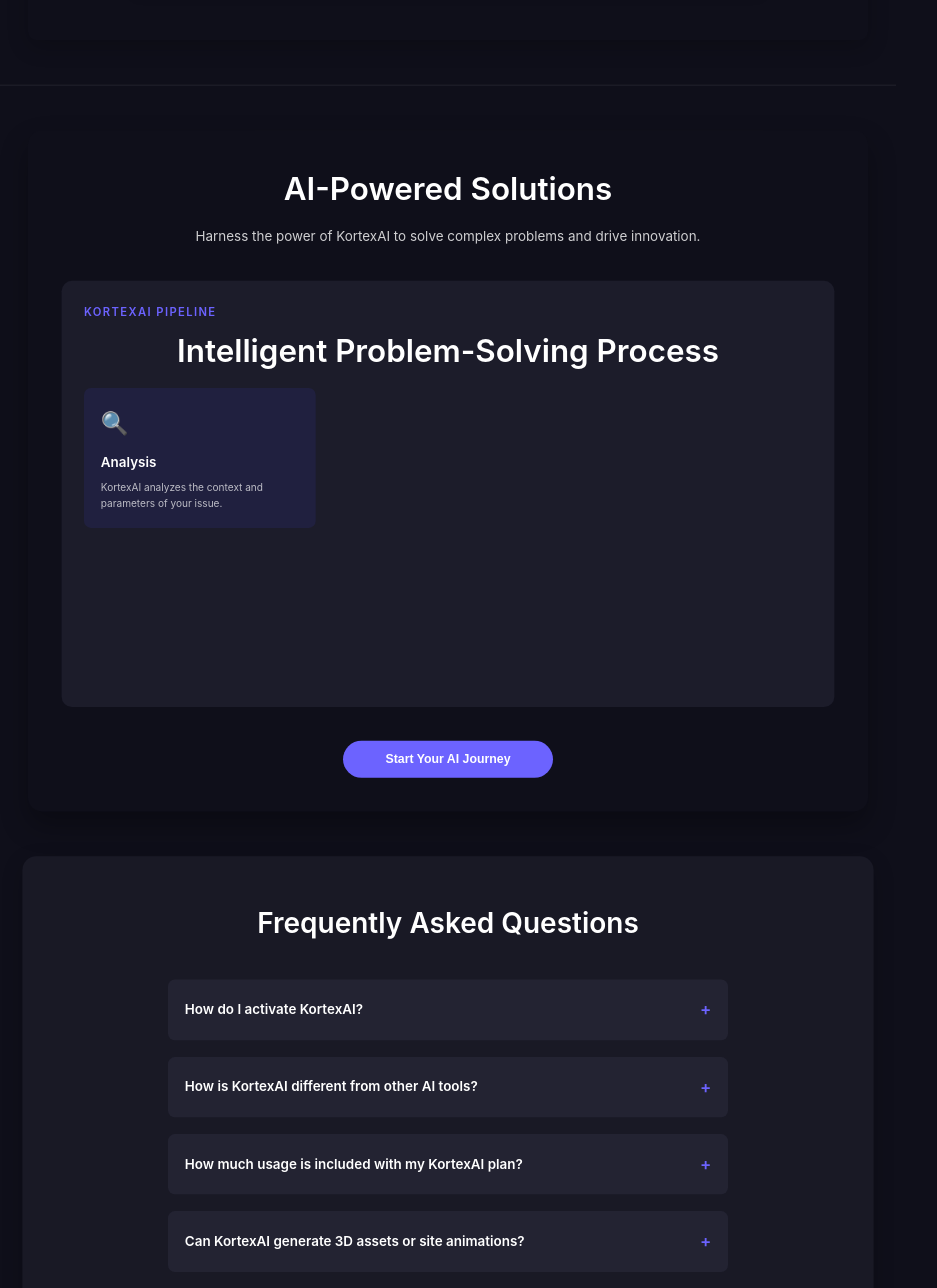
Repository: Rayyy-dev/Kortex-AI
Page: /
An editor plug-in stored every save of this project. The page is shown before and after the next save, followed by the edit.
The browser window is 1280 px wide. The page is 1338 px wide, so the pictures cover 1338 px, including what lies to the right of the window. The pictures show the part of the page from y = 1283 to 3123 px (the page is 3721 px tall before and 3522 px after), at 70% of full size.
The project was rebuilt for these pictures with package versions that can differ from the ones it lists, and the page was loaded fresh each time.

Above is the page before, as saved 2024-10-15 21:24:31.

### src/App.js
import React, { useEffect, useRef, useState } from 'react';
import { LineChart, Line, XAxis, YAxis, Tooltip, ResponsiveContainer, CartesianGrid, AreaChart, Area, LabelList } from 'recharts';
import './App.css';

function FAQItem({ question, answer }) {
  const [isActive, setIsActive] = useState(false);

  return (
    <div className={`faq-item ${isActive ? 'active' : ''}`} onClick={() => setIsActive(!isActive)}>
      <h3>{question}<span className="faq-toggle">{isActive ? '-' : '+'}</span></h3>
      <div className="faq-answer">
        <p>{answer}</p>
      </div>
    </div>
  );
}

function App() {
  const [isModalOpen, setIsModalOpen] = useState(false);
  const backgroundRef = useRef(null);
  const mainSectionRef = useRef(null);
  const parallaxRef = useRef(null);
  const [activeStep, setActiveStep] = useState(0);
  const [generatingProgress, setGeneratingProgress] = useState(0);
  const [showBackToTop, setShowBackToTop] = useState(false);
  const aiPipelineRef = useRef(null);
  const [menuOpen, setMenuOpen] = useState(false);

  const toggleMenu = () => {
    setMenuOpen(!menuOpen);
  };

  useEffect(() => {
    const background = backgroundRef.current;
    if (!background) return;

    const createParticle = () => {
      const particle = document.createElement('div');
      particle.classList.add('particle');
      particle.style.left = `${Math.random() * 100}%`;
      particle.style.top = `${Math.random() * 100}%`;
      particle.style.animationDuration = `${Math.random() * 10 + 5}s`;
      background.appendChild(particle);

      setTimeout(() => {
        particle.remove();
      }, 15000);
    };

    // Create initial particles
    for (let i = 0; i < 30; i++) {
      createParticle();
    }

    const particleInterval = setInterval(createParticle, 500);

    return () => {
      clearInterval(particleInterval);
    };
  }, []);

  useEffect(() => {
    const handleScroll = () => {
      setShowBackToTop(window.scrollY > 300);
    };

    window.addEventListener('scroll', handleScroll);
    return () => window.removeEventListener('scroll', handleScroll);
  }, []);

  useEffect(() => {
    const interval = setInterval(() => {
      setGeneratingProgress((prevProgress) => {
        if (prevProgress >= 100) {
          clearInterval(interval);
          return 100;
        }
        return prevProgress + 1;
      });
    }, 50);

    return () => clearInterval(interval);
  }, []);

  useEffect(() => {
    const options = {
      root: null,
      rootMargin: '0px',
      threshold: 0.5,
    };

    const observer = new IntersectionObserver((entries) => {
      entries.forEach((entry) => {
        if (entry.isIntersecting) {
          setActiveStep(0);
          const interval = setInterval(() => {
            setActiveStep((prevStep) => {
              if (prevStep >= 2) {
                clearInterval(interval);
                return 2;
              }
              return prevStep + 1;
            });
          }, 2000);

          return () => clearInterval(interval);
        }
      });
    }, options);

    if (aiPipelineRef.current) {
      observer.observe(aiPipelineRef.current);
    }

    return () => {
      if (aiPipelineRef.current) {
        observer.unobserve(aiPipelineRef.current);
      }
    };
  }, []);

  useEffect(() => {
    const observer = new IntersectionObserver((entries) => {
      entries.forEach((entry) => {
        if (entry.isIntersecting) {
          entry.target.classList.add('visible');
        }
      });
    }, { threshold: 0.1 });

    document.querySelectorAll('.fade-in').forEach((el) => observer.observe(el));

    return () => observer.disconnect();
  }, []);

  const performanceData = [
    { name: 'Accuracy', value: 70 },
    { name: 'Speed', value: 85 },
    { name: 'Efficiency', value: 60 },
    { name: 'Reliability', value: 90 }
  ];

  const CustomTooltip = ({ active, payload, label }) => {
    if (active && payload && payload.length) {
      return (
        <div className="custom-tooltip">
          <p className="label">{`${label}: ${payload[0].value}%`}</p>
        </div>
      );
    }
    return null;
  };

  const openModal = () => {
    setIsModalOpen(true);
  };

  const closeModal = () => {
    setIsModalOpen(false);
  };

  const faqData = [
    {
      question: "How do I activate KortexAI?",
      answer: "To activate KortexAI, simply log into your account and navigate to the 'AI Systems' section. Click on the 'Activate' button next to KortexAI, and follow the on-screen instructions to set up and customize your AI experience."
    },
    {
      question: "How is KortexAI different from other AI tools?",
      answer: "KortexAI stands out with its advanced neural network architecture, real-time learning capabilities, and seamless integration across multiple platforms. Our AI offers unparalleled accuracy and efficiency in data analysis, natural language processing, and predictive modeling."
    },
    {
      question: "How much usage is included with my KortexAI plan?",
      answer: "Usage limits vary depending on your subscription tier. Our basic plan includes up to 100 hours of AI processing time per month, while our premium plans offer unlimited usage. Check your account dashboard for detailed information on your current plan and usage statistics."
    },
    {
      question: "Can KortexAI generate 3D assets or site animations?",
      answer: "Yes, KortexAI has advanced capabilities in generating 3D assets and creating dynamic site animations. Our AI can produce high-quality 3D models, textures, and animations based on text descriptions or 2D references. For web animations, KortexAI can generate custom CSS and JavaScript code to bring your site to life."
    }
  ];

  const scrollToTop = () => {
    window.scrollTo({
      top: 0,
      behavior: 'smooth'
    });
  };

  const scrollToSection = (sectionId) => {
    const section = document.querySelector(sectionId);
    if (section) {
      section.scrollIntoView({ behavior: 'smooth' });
    }
  };

  return (
    <div className="App">
      <header className="header">
        <div className="logo">KortexAI</div>
        <nav className={`nav ${menuOpen ? 'active' : ''}`}>
          <ul>
            {['home', 'ai-systems', 'modules', 'features', 'pricing', 'faq'].map((item) => (
              <li key={item}>
                <a href={`#${item}`} onClick={(e) => {
                  e.preventDefault();
                  scrollToSection(`#${item}`);
                  setMenuOpen(false);
                }}>
                  {item.charAt(0).toUpperCase() + item.slice(1).replace('-', ' ')}
                </a>
              </li>
            ))}
          </ul>
        </nav>
        <button className="create-account-btn">Create Account</button>
        <div className={`menu-toggle ${menuOpen ? 'active' : ''}`} onClick={toggleMenu}>
          <span></span>
          <span></span>
          <span></span>
        </div>
      </header>

      <section ref={mainSectionRef} className="main-section">
        <div className="content-container">
          <h1 className="main-title">AI-Powered Solutions for the Future</h1>
          <p className="main-subtitle">
            Empowering tomorrow with cutting-edge AI technology.
          </p>
          <div className="buttons">
            <button className="open-app-btn">Explore AI</button>
            <button className="discover-more-btn">Learn More</button>
          </div>
        </div>
      </section>

      <div className="partner-strip">
        <div className="partner-strip-content">
          <span>Vercel</span>
          <span>Loom</span>
          <span>Cash App</span>
          <span>Zapier</span>
          <span>Ramp</span>
          <span>Raycast</span>
          <span>OpenAI</span>
          <span>DeepMind</span>
          <span>IBM Watson</span>
          <span>Google AI</span>
          <span>Microsoft Azure</span>
          <span>Amazon AWS</span>
        </div>
      </div>

      <section className="performance-metrics">
        <h2>AI Performance Metrics</h2>
        <div className="graph-container">
          <ResponsiveContainer width="100%" height={400}>
            <AreaChart data={performanceData} margin={{ top: 20, right: 30, left: 20, bottom: 20 }}>
              <defs>
                <linearGradient id="colorValue" x1="0" y1="0" x2="0" y2="1">
                  <stop offset="5%" stopColor="#4a4af0" stopOpacity={0.8}/>
                  <stop offset="95%" stopColor="#4a4af0" stopOpacity={0}/>
                </linearGradient>
              </defs>
              <CartesianGrid strokeDasharray="3 3" stroke="#2a2a2a" />
              <XAxis dataKey="name" stroke="#ffffff" axisLine={false} tickLine={false} />
              <YAxis stroke="#ffffff" axisLine={false} tickLine={false} />
              <Tooltip content={<CustomTooltip />} />
              <Area
                type="monotone"
                dataKey="value"
                stroke="#4a4af0"
                fillOpacity={1}
                fill="url(#colorValue)"
                strokeWidth={3}
                dot={{ r: 6, fill: "#4a4af0", stroke: "#ffffff", strokeWidth: 2 }}
                activeDot={{ r: 8, fill: "#ffffff", stroke: "#4a4af0", strokeWidth: 2 }}
              >
                <LabelList dataKey="value" position="top" fill="#ffffff" />
              </Area>
            </AreaChart>
          </ResponsiveContainer>
        </div>
      </section>

      <footer className="footer-section">
        <div className="background-section" ref={backgroundRef}>
          <div className="background-content">
            <div className="ai-solution-box">
              <h2>AI-Powered Solutions</h2>
              <p>Harness the power of KortexAI to solve complex problems and drive innovation.</p>

              <div className="ai-pipeline-section">
                <h3 className="ai-pipeline-subtitle">KortexAI Pipeline</h3>
                <h2 className="ai-pipeline-title">Intelligent Problem-Solving Process</h2>
                <div className="ai-pipeline-steps">
                  {[
                    { icon: '🔍', title: 'Analysis', description: 'KortexAI analyzes the context and parameters of your issue.' },
                    { icon: '💡', title: 'Solution Generation', description: 'Our AI crafts tailored solutions based on comprehensive analysis.' },
                    { icon: '⚙️', title: 'Optimization', description: 'Solutions are refined and optimized for maximum efficiency.' },
                    { icon: '🚀', title: 'Implementation', description: 'Seamlessly integrate the AI-generated solution into your workflow.' }
                  ].map((step, index) => (
                    <div key={index} className={`ai-pipeline-step ${activeStep === index ? 'active' : ''}`}>
                      <span className="step-icon">{step.icon}</span>
                      <div className="step-content">
                        <h4>{step.title}</h4>
                        <p>{step.description}</p>
                      </div>
                    </div>
                  ))}
                </div>
              </div>

              <button className="get-started-btn">Start Your AI Journey</button>
            </div>

            {/* New FAQ Section */}
            <div className="faq-section">
              <h2 className="faq-title">Frequently Asked Questions</h2>
              <div className="faq-list">
                {faqData.map((item, index) => (
                  <FAQItem key={index} question={item.question} answer={item.answer} />
                ))}
              </div>
            </div>
          </div>
        </div>

        {/* New footer content */}
        <div className="footer-links">
          <div className="footer-column">
            <h3>Explore</h3>
            <ul>
              <li><a href="#">AI Systems</a></li>
              <li><a href="#">Modules</a></li>
              <li><a href="#">KortexAI Studio <span className="beta-tag">BETA</span></a></li>
              <li><a href="#">KortexAI API <span className="new-tag">NEW</span></a></li>
            </ul>
          </div>
          <div className="footer-column">
            <h3>Resources</h3>
            <ul>
              <li><a href="#">Documentation</a></li>
              <li><a href="#">Help Center</a></li>
              <li><a href="#">Pricing</a></li>
              <li><a href="#">Contact</a></li>
              <li><a href="#">KortexAI Community</a></li>
              <li><a href="#">Become a Partner</a></li>
              <li><a href="#">Research Collaborations</a></li>
            </ul>
          </div>
          <div className="footer-column">
            <h3>Company</h3>
            <ul>
              <li><a href="#">About Us</a></li>
              <li><a href="#">Careers</a></li>
              <li><a href="#">Terms of Service</a></li>
              <li><a href="#">Privacy Policy</a></li>
            </ul>
          </div>
        </div>
        <div className="footer-bottom">
          <p>KortexAI © 2024. All Rights Reserved</p>
          <div className="social-links">
            {/* Add social media links here */}
          </div>
          <div className="awards">
            <span className="award-text">AI Excellence Award 2023</span>
          </div>
        </div>
      </footer>

      {/* AI Solutions Modal */}
      {isModalOpen && (
        <div className="modal-overlay">
          <div className="modal-content">
            <div className="ai-solution-box">
              <h2>AI Solutions</h2>
              <p>Describe your issue and let our AI generate a solution for you!</p>
              <div className="input-group">
                <input type="text" placeholder="Enter your issue here..." />
                <button className="generate-btn">Generate Solution</button>
              </div>
              <div className="solution-output">
                <p>AI-generated solution will appear here...</p>
              </div>
            </div>
            <button className="close-modal-btn" onClick={closeModal}>
              Close
            </button>
          </div>
        </div>
      )}

      {showBackToTop && (
        <button className="back-to-top" onClick={scrollToTop}>
          ↑
        </button>
      )}
    </div>
  );
}

export default App;

Loaded but not shown: public/index.html (common file); src/index.js (common file); src/index.css (common file); src/reportWebVitals.js (common file); src/App.css (1348 lines, source omitted)

After the next save:
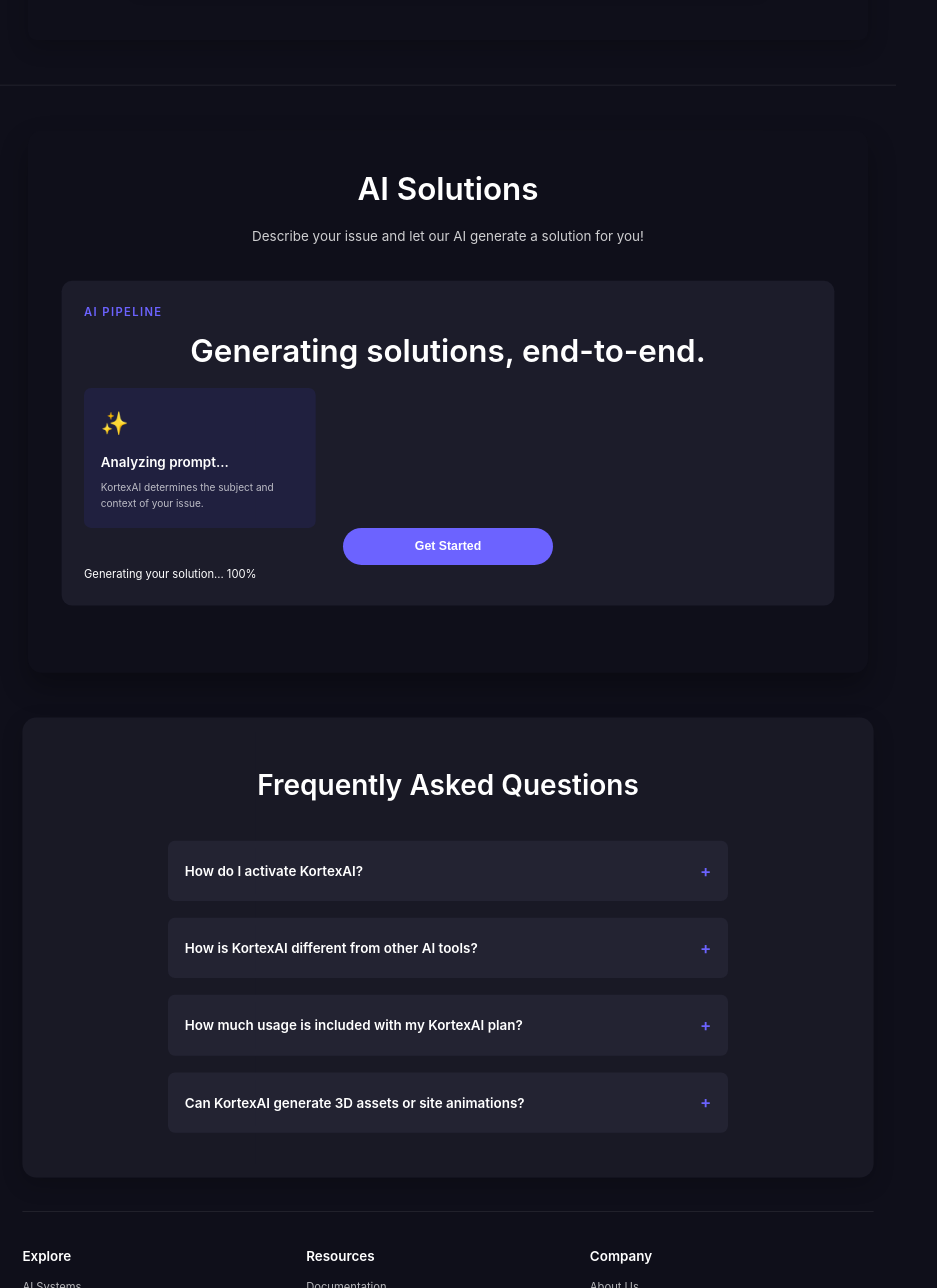
Saved 43 s later.
--- a/src/App.js
+++ b/src/App.js
@@ -285,31 +285,53 @@
         <div className="background-section" ref={backgroundRef}>
           <div className="background-content">
             <div className="ai-solution-box">
-              <h2>AI-Powered Solutions</h2>
-              <p>Harness the power of KortexAI to solve complex problems and drive innovation.</p>
-
+              <h2>AI Solutions</h2>
+              <p>Describe your issue and let our AI generate a solution for you!</p>
+
+              {/* New AI Pipeline Section */}
               <div className="ai-pipeline-section">
-                <h3 className="ai-pipeline-subtitle">KortexAI Pipeline</h3>
-                <h2 className="ai-pipeline-title">Intelligent Problem-Solving Process</h2>
-                <div className="ai-pipeline-steps">
-                  {[
-                    { icon: '🔍', title: 'Analysis', description: 'KortexAI analyzes the context and parameters of your issue.' },
-                    { icon: '💡', title: 'Solution Generation', description: 'Our AI crafts tailored solutions based on comprehensive analysis.' },
-                    { icon: '⚙️', title: 'Optimization', description: 'Solutions are refined and optimized for maximum efficiency.' },
-                    { icon: '🚀', title: 'Implementation', description: 'Seamlessly integrate the AI-generated solution into your workflow.' }
-                  ].map((step, index) => (
-                    <div key={index} className={`ai-pipeline-step ${activeStep === index ? 'active' : ''}`}>
-                      <span className="step-icon">{step.icon}</span>
-                      <div className="step-content">
-                        <h4>{step.title}</h4>
-                        <p>{step.description}</p>
+                <div className="ai-pipeline-content">
+                  <div className="ai-pipeline-text">
+                    <h3 className="ai-pipeline-subtitle">AI Pipeline</h3>
+                    <h2 className="ai-pipeline-title">Generating solutions, end-to-end.</h2>
+                    <div className="ai-pipeline-steps">
+                      <div className={`ai-pipeline-step ${activeStep === 0 ? 'active' : ''}`}>
+                        <span className="step-icon">✨</span>
+                        <h4>Analyzing prompt...</h4>
+                        <p>KortexAI determines the subject and context of your issue.</p>
+                      </div>
+                      <div className={`ai-pipeline-step ${activeStep === 1 ? 'active' : ''}`}>
+                        <span className="step-icon">🔧</span>
+                        <h4>Crafting solutions...</h4>
+                        <p>Next, it generates tailored solutions based on the analysis.</p>
+                      </div>
+                      <div className={`ai-pipeline-step ${activeStep === 2 ? 'active' : ''}`}>
+                        <span className="step-icon">🚀</span>
+                        <h4>Review and implement!</h4>
+                        <p>The solution is ready – your turn to put it into action.</p>
                       </div>
                     </div>
-                  ))}
+                    <div className="get-started-container">
+                      <button className="get-started-btn">Get Started</button>
+                    </div>
+                  </div>
+                  <div className="ai-pipeline-visual">
+                    <div className="ai-orb">
+                      <div className="ai-orb-inner"></div>
+                    </div>
+                    <p className="generating-text">Generating your solution... {generatingProgress}%</p>
+                  </div>
                 </div>
               </div>
 
-              <button className="get-started-btn">Start Your AI Journey</button>
+              {/* Existing input and output areas */}
+              <div className="input-group">
+                <input type="text" placeholder="Enter your issue here..." />
+                <button className="generate-btn">Generate Solution</button>
+              </div>
+              <div className="solution-output">
+                <p>AI-generated solution will appear here...</p>
+              </div>
             </div>
 
             {/* New FAQ Section */}
